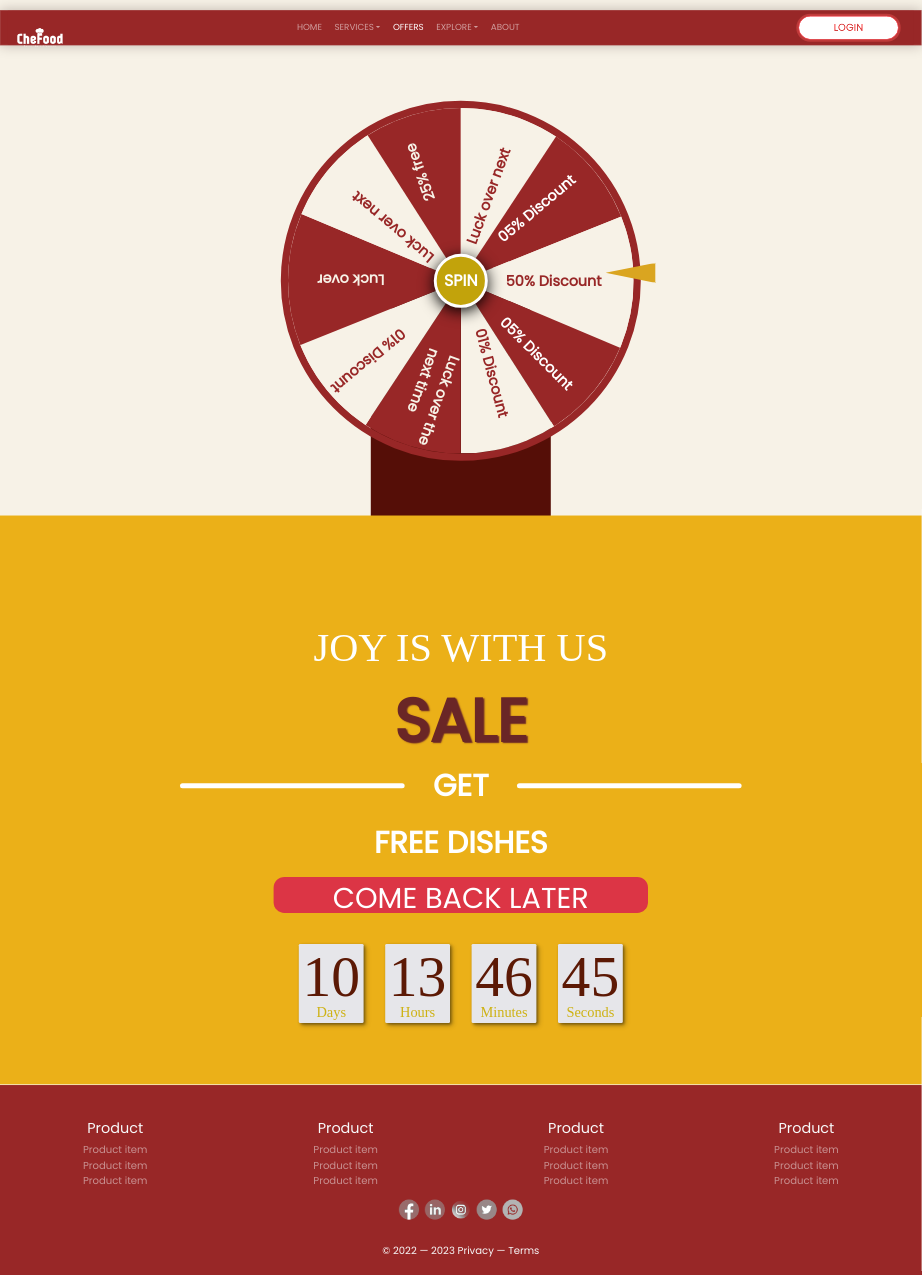
Repository: qamchamine/chefood
Page: /offers (app in front-end/)
These files come from the project's save history. The page is drawn as it stood at one moment and after the next save; the edit follows.
The browser window is 1280 px wide. The pictures show the whole page, at 72% of full size.
The project was rebuilt for these pictures with package versions that can differ from the ones it lists, and the page was loaded fresh each time. Some packages were replaced by stand-ins written for this rebuild. Also part of the build but not shown: front-end/src/components/small_components/ButtonMain.jsx, front-end/src/components/small_components/HomeCard.jsx, front-end/src/components/small_components/HomeCardFullSection.jsx, front-end/src/components/pages/Home.jsx, front-end/src/css/explore.css, front-end/src/components/pages/sub-pages/Gallery.jsx, front-end/src/components/pages/sub-pages/Delivery.jsx, front-end/src/components/small_components/ComponentToPrint.jsx and 28 more. Imported but missing from the stored project, and not drawn on this page: front-end/src/sounds/applause.mp3, front-end/src/sounds/wheel.mp3.

Above is the page before, as saved 2023-06-18 19:52:38.

### front-end/public/index.html
<!DOCTYPE html>
<html lang="en">
  <head>
    <meta charset="utf-8" />
    <link rel="icon" href="%PUBLIC_URL%/favicon.ico" />
    <meta name="viewport" content="width=device-width, initial-scale=1" />
    <meta name="theme-color" content="#000000" />
    <meta
      name="description"
      content="Web site created using create-react-app"
    />
    <link
    rel="stylesheet"
    href="https://fonts.googleapis.com/css?family=Roboto:400,700"
  />
    <link rel="apple-touch-icon" href="%PUBLIC_URL%/logo192.png" />
    <link rel="manifest" href="%PUBLIC_URL%/manifest.json" />

    <link rel="stylesheet" href="https://fonts.googleapis.com/icon?family=Material+Icons">

    <link rel="stylesheet" href="https://maxcdn.bootstrapcdn.com/font-awesome/4.7.0/css/font-awesome.min.css">
    <script src="https://code.jquery.com/jquery-3.5.1.min.js"></script>
    <script src="https://cdn.jsdelivr.net/npm/popper.js@1.16.0/dist/umd/popper.min.js"></script>




    <title>React App</title>
  </head>
  <body>

    <div id="root"></div>
<!--     <script src="jquery/jquery-3.6.0.js"></script>  -->
    <script src="https://unpkg.com/sweetalert/dist/sweetalert.min.js"></script>

  </body>
</html>

### front-end/src/components/Navbar.jsx
import React, { useContext/* , useEffect */ } from "react";
import { NavLink/* , Link  */} from "react-router-dom";
import "./../css/nav-footer.css";
import { LoginContext } from "../config/LoginContext";
import logoWhite from './../images/logo/logoWhite.png'
import axios from "axios";
/* import $ from "jquery"; */
export default function Navbar() {
  const { isLoggedIn, /* login, */ logout } = useContext(LoginContext);
  const { userData/* , setUserData  */} = useContext(LoginContext);

  const handleLogout = () => {
    axios
      .post("http://localhost:8000/api/users/logout")
      .then((res) => {
        logout();
      })
      .catch((err) => {
        console.error(err);
      });
  };

  return (
    <div
      className="nb container-fluid sticky-top mt-3"
      style={{ zIndex: "10" }}
    >
      <nav className="navbar  navbar-expand-md d-flex justify-content-between navbar-dark ">
        <span className="navbar-brand  "><img  style={{position:'absolute',top:'50%',left:'1%',translate:'0 '}} height={30} src={logoWhite} alt="logo" /></span>
        <button
          className="navbar-toggler"
          type="button"
          data-bs-toggle="collapse"
          data-bs-target="#navbarNav"
          aria-controls="navbarNav"
          aria-expanded="false"
          aria-label="Toggle navigation"
        >
          <span className="navbar-toggler-icon"></span>
        </button>
        <div
          className="collapse navbar-collapse justify-content-around"
          id="navbarNav"
        >
          <ul className="navbar-nav nav gap-1 ps-4 ps-md-0 justify-content-center w-100">
            <li className="nav-item">
              <NavLink className="nav-link " to="/">
                HOME
              </NavLink>
            </li>
            <li className="nav-item dropdown">
              <span
                className="nav-link dropdown-toggle"
                data-bs-toggle="dropdown"
              >
                SERVICES
              </span>
              <ul className="dropdown-menu">
                <i className="arrowNav"></i>
                <li>
                  <NavLink
                    className="dropdown-item"
                    to="/services/online-ordering"
                  >
                    Online Ordering
                  </NavLink>
                </li>
                <li>
                  <NavLink className="dropdown-item" to="services/reservation">
                    Reservation
                  </NavLink>
                </li>
                <li>
                  <NavLink className="dropdown-item" to="services/delivery">
                    Delivery
                  </NavLink>
                </li>
              </ul>
            </li>
            <li className="nav-item">
              <NavLink className="nav-link" to="/offers">
                OFFERS
              </NavLink>
            </li>
            <li className="nav-item dropdown">
              <span
                className="nav-link dropdown-toggle"
                data-bs-toggle="dropdown"
              >
                EXPLORE
              </span>
              <ul className="dropdown-menu">
                <i className="arrowNav"></i>

                <li>
                  <NavLink className="dropdown-item" to="/explore/products">
                    Products
                  </NavLink>
                </li>
                <li>
                  <NavLink className="dropdown-item" to="/explore/gallery">
                    Gallery
                  </NavLink>
                </li>
              </ul>
            </li>
            <li className="nav-item">
              <NavLink className="nav-link" to="/about">
                ABOUT
              </NavLink>
            </li>
          </ul>
          {isLoggedIn ? (
            <div className="btn-group me-4 d-flex align-items-center">
              <button data-bs-toggle="dropdown" className="text-light btn">
                {userData.firstname}
              </button>
              <span
                data-bs-toggle="dropdown"
                style={{
                  background: userData.admin ? "var(--bs-success)" : "#d18343",
                }}
                className="profile-two-letters text-uppercase"
              >
                {" "}
                {userData.firstname.charAt(0) +
                  userData.lastname.charAt(0)}{" "}
              </span>
              <ul className="dropdown-menu profileDropDown">
                <i className="arrowNav profileArrow"></i>

                <li>
                  <NavLink className="dropdown-item" to="/profile">
                    Profile
                  </NavLink>
                </li>
                <li>
                  <a onClick={handleLogout} className="dropdown-item" href="#">
                    Logout
                  </a>
                </li>
              </ul>
            </div>
          ) : (
            <NavLink
              to="/login"
              className="signUP me-4 btn btn-danger float-end rounded-pill px-4"
              style={{
                filter: "contrast(90%) brightness(140%)",
                width: "11em",
              }}
            >
              {" "}
              LOGIN{" "}
            </NavLink>
          )}
        </div>
      </nav>
      <div></div>
    </div>
  );
}

### front-end/src/components/Footer.jsx
import React, { useEffect } from 'react'

import Facebook from '../images/icons/facebook.png'
import Linkedin from '../images/icons/linkedin.png'
import Instagram from '../images/icons/instagram.png'
import Twitter from '../images/icons/twitter.png'
import Whatsapp from '../images/icons/whatsapp.png'
import './../css/nav-footer.css';
export default function Footer() {

    return (
        <div className='footer container-fluid' style={{ background: '#982727' }}>
            <footer className=' py-2 pt-5 d-grid text-light'>
                <div className='row justify-content-around text-center '>
                    <div className='d-grid col-6 col-sm-12 col-md-6 col-lg-4 col-xl-3'>
                        <h5>Product</h5>
                        <a className='text-decoration-none text-light opacity-50' href="">Product item</a>
                        <a className='text-decoration-none text-light opacity-50' href="">Product item</a>
                        <a className='text-decoration-none text-light opacity-50' href="">Product item</a>
                    </div>
                    <div className='d-grid col-6 col-sm-12 col-md-6 col-lg-4 col-xl-3'>
                        <h5>Product</h5>
                        <a className='text-decoration-none text-light opacity-50' href="">Product item</a>
                        <a className='text-decoration-none text-light opacity-50' href="">Product item</a>
                        <a className='text-decoration-none text-light opacity-50' href="">Product item</a>
                    </div>
                    <div className='d-grid col-6 col-sm-12 col-md-6 col-lg-4 col-xl-3'>
                        <h5>Product</h5>
                        <a className='text-decoration-none text-light opacity-50' href="">Product item</a>
                        <a className='text-decoration-none text-light opacity-50' href="">Product item</a>
                        <a className='text-decoration-none text-light opacity-50' href="">Product item</a>
                    </div>
                    <div className='d-grid col-6 col-sm-12 col-md-6 col-lg-4 col-xl-3'>
                        <h5>Product</h5>
                        <a className='text-decoration-none text-light opacity-50' href="">Product item</a>
                        <a className='text-decoration-none text-light opacity-50' href="">Product item</a>
                        <a className='text-decoration-none text-light opacity-50' href="">Product item</a>
                    </div>
                </div>
                <div className='footer-icons row justify-content-center py-3 '>
                    <div className='d-flex gap-2 justify-content-center'>
                        <a href=""> <img src={Facebook} className='footer-icon' alt="" /> </a>
                        <a href=""> <img src={Linkedin} className='footer-icon' alt="" /> </a>
                        <a href=""> <img src={Instagram} className='footer-icon' alt="" /> </a>
                        <a href=""> <img src={Twitter} className='footer-icon' alt="" /> </a>
                        <a href=""> <img src={Whatsapp} className='footer-icon' alt="" /> </a>

                    </div>
                </div>
                <div className='row justify-content-center py-3'>
                    © 2022 — 2023 Privacy — Terms
                </div>
            </footer>
        </div>

    )
}

### front-end/src/components/pages/Offers.jsx
import React from 'react'
import WheelSpin from '../small_components/WheelSpin'
import OffersButtom from '../small_components/OffersButtom'
export default function Offers() {
  return (
    <div>


      <WheelSpin/>
      <OffersButtom/>
    </div>
  )
}

### front-end/src/css/home.css
.homeBG {
    height: fit-content;
    position: relative;
    right: -10%;
    top: 34%;
    z-index: -1;
    width: 100em !important;


}
@font-face {
    font-family: 'poppin';
    src: url('../fonts/Poppins/Poppins-Regular.ttf') ;
    font-weight: normal;
    font-style: normal;
  }
body {
    font-family:'poppin', sans-serif !important;
    background-color: #F7F2E7 !important;
    max-width: 100vw;
    font-weight: normal !important;
    overflow-x: hidden;
    font-size: 14px !important;
}

body::-webkit-scrollbar {
    width: 0;
}

.nb {
/*     position: fixed; */
/*     top: 1em; */
    background-color: #982727 !important;
    box-shadow: 0 0px 20px #1f020241;
    border: 1px solid #ffffff22;
}

.navbar {
    background-color: #982727 !important;
}

.changeColor {
    background-color: blue !important;
}

.signUP {
    background: white !important;
    color: #982727 !important;
    font-weight: bold !important;
    outline: 5px solid #982727ab;
    outline-offset: -2px;
    transition: 500ms ease;


}

.homeContent {
    height: 90vh;
    z-index: 0;
    margin-top: -1.5em !important;
}

.homeContent h1 {
    color: #F7F2E7;
    text-align: start;
width: 40vw !important;
}

.homeContent h1 span {
    position: relative;
    display: inline-block;
    margin-bottom: 10px;
    padding: 4px 20px 8px;
    transition: 1s ease;
}

.homeContent h1 span::before {
    content: '';
    position: absolute;
    background: #982727;
    left: 0;
    top: 0;
    z-index: -1;
    width: 100%;
    height: 100%;
    transform: skew(-10deg);
}

.homeContent h1 span:last-child::before {
    transform: skew(10deg);
}

.homeContent p {
    width: 72%;
    color: #982727;
    text-align: left;
}

.homeContent .homeMainButtons {
    width: 72%;
}

.cardBtn {
    transition: 1s ease;
}

.cardBtn:hover {
    filter: brightness(130%);

}

.cardBtn i {
    left: 63%;
    transition: 300ms ease;
}

.cardBtn:hover i {
    left: 75%;
}

.btnMain:hover {
    filter: brightness(130%);
}

.card-img-top {
    object-fit: cover;
}

.signUP:hover {

    background: #982727 !important;
    color: white !important;
    font-weight: bold !important;
    outline: 5px solid #ffffff55;
    outline-offset: -4px;
}

.cardsGroup:not(:first-child) {
    translate: 50% 0;
}

.arrow-1-1 {
    position: absolute;
    top: 50%;
    left: 0;
}

.home .carousel-control-prev-icon,
.home .carousel-control-next-icon {

    width: 1.3em;
    height: 1.3em;
    color:black !important;

    outline: 12px solid #982929;
    outline-offset: -1px;
    background-color: #982929;
    background-size: 100%, 100%;
    border-radius: 50%;
    box-shadow: 0 0 10px black;
}

.home .carousel-control-prev,
.home .carousel-control-next {
    z-index: 10;
    width: 4em !important;
/*     background: red; */

}

/* .py-4 {
    padding-top: 0rem !important;
    padding-bottom: 0rem !important;
} */

.nb{
    zoom:87%;
}

### front-end/src/css/delivery.css
.price {
    background: #982727;
    color: white;
    text-align: center;
    padding-block: 1em;
    border-radius: .5em;
}

.delivery-page .card {
    transition: 300ms ease;
    user-select: none;
}

.delivery-page .card ul {
    list-style-type: none;
}

.delivery-page .card:hover {
    filter: contrast(120%);
    cursor: pointer;
    outline: .3em solid #982727;
    box-shadow: 0 .4em 0px .3em #982727 !important;
}

.delivery-page {
    height: fit-content;
    display: flex;
    align-items: center;
    margin-top: 8em !important;
}
.scroll-bar-activated::-webkit-scrollbar {
    display: block !important;
    background: rgba(255, 0, 0, 0) !important;
    width: 1em !important;
}
.scroll-bar-activated{
    overflow: overlay !important;

}
.scroll-bar-activated::-webkit-scrollbar-thumb {
    display: block !important;
    background: linear-gradient(to bottom,transparent 0% 23%,#982727 20% 70%,transparent 50% 100%) !important;
    z-index: 10000000 !important;
    width: 10px !important;
}

.delivery-page>div {
    height: fit-content;
    position: relative;

}

.delivery-page>div:last-child h5 img {
    height: 11em;
}

h1.section-2{
    margin-top: 4em ;
}
.cards2{
    margin-bottom: 5em ;
}
h1{
    text-transform: uppercase;
    color: #6a2626;;
}

### front-end/src/components/small_components/OffersButtom.jsx
import React from 'react'
import '../pages/style/offoreB.css'
// import  CountDown  from './CountDown'
import Timer from './Timer'


export default function OffersButtom() {
  return (
    <div className='parent-element bgBorder'>
      <div className='borderTB'></div>
        <div className=' contM '>
            <h1 className='title'>Joy is with us</h1>
                <h1 className='titleblack color-dark'>SALE</h1>
                  <p className='getparagraph'>GET</p>
                  <p>FREE DISHES</p>

                  <span className='bg-danger h1 Vbotton  '>COME BACK LATER</span>
                  {/* <CountDown duration={2 * 24 * 60 * 60 * 1000}/> */}
                  <Timer/>


        </div>
      <div className='borderTB'></div>
    </div>
  )
}

### front-end/src/components/small_components/Timer.jsx
import React, { useEffect, useState } from 'react';
import '../../css/Timer.css'

function Timer() {
  const [days, setDays] = useState('00');
  const [hours, setHours] = useState('00');
  const [minutes, setMinutes] = useState('00');
  const [seconds, setSeconds] = useState('00');

  useEffect(() => {
    function makeTimer() {
      const endTime = new Date("29 jun 2023 9:56:00 GMT+01:00");
      const endTimeInSeconds = Date.parse(endTime) / 1000;

      const now = new Date();
      const nowInSeconds = Date.parse(now) / 1000;

      const timeLeft = endTimeInSeconds - nowInSeconds;

      const calculatedDays = Math.floor(timeLeft / 86400);
      const calculatedHours = Math.floor((timeLeft - calculatedDays * 86400) / 3600);
      const calculatedMinutes = Math.floor((timeLeft - calculatedDays * 86400 - calculatedHours * 3600) / 60);
      const calculatedSeconds = Math.floor(timeLeft - calculatedDays * 86400 - calculatedHours * 3600 - calculatedMinutes * 60);

      const formattedHours = calculatedHours < 10 ? `0${calculatedHours}` : calculatedHours.toString();
      const formattedMinutes = calculatedMinutes < 10 ? `0${calculatedMinutes}` : calculatedMinutes.toString();
      const formattedSeconds = calculatedSeconds < 10 ? `0${calculatedSeconds}` : calculatedSeconds.toString();

      setDays(calculatedDays.toString());
      setHours(formattedHours);
      setMinutes(formattedMinutes);
      setSeconds(formattedSeconds);
    }

    const timerInterval = setInterval(makeTimer, 100);

    return () => {
      clearInterval(timerInterval);
    };
  }, []);

  return (
    <div className='timer'>
      <div id="days" className='timerD' >{days}<span className='Stime'>Days</span></div>
      <div id="hours"  className='timerD'>{hours}<span className='Stime'>Hours</span></div>
      <div id="minutes" className='timerD' >{minutes}<span className='Stime'>Minutes</span></div>
      <div id="seconds" className='timerD' >{seconds}<span className='Stime'>Seconds</span></div>
    </div>
  );
}

export default Timer;

### front-end/src/css/location.css
@import url('https://fonts.googleapis.com/css2?family=Roboto:wght@100&display=swap');

.location-color
{
  color : #982727;
  text-transform: uppercase;
  letter-spacing: 0.3em;
}
.where-restorant
{
    width: 459px;
    margin:auto;
}
.restorant-location-title{
    font-family: 'Century Gothic';
    font-size:32px;
    font-weight:400;
}
.restorant-location-line{
    background:#B12222;
    height: 3px;
    width: 450px;
    display: inline-block;
    margin: 15px auto;
}
.restorant-location-p
{
    color:#000000 75%;
    font-size: 15px;
    font-weight: 400;
    font-family: 'Roboto', sans-serif;
}
.main-location{
    display: grid !important;
    grid-template-columns: repeat(2, 1fr);
    flex-direction: column;
    justify-content: center;
    align-items: center;
    text-align:center;
}
.restorant-location-btn{
    background-color: #B12222;
    border: none;
    width: 300px;
    height: 40px;
    border-radius: 15px;
    color: #fff;
}
.restorant-location-btn:hover{
    background-color: #fff;
    border: 2px solid #B12222;
    border-radius: 15px;
    color: #B12222;
}
.location-icon{
    margin-right: 15px;
}


  @media (max-width: 1123px) { /* Extra large devices (large desktops, 1200px and up) */
    .earth-image img{
        width: 450px;
    }
  }
  @media (max-width: 992px) { /* Medium devices (tablets, 768px and up) */
    .earth-image img{
        width: 400px;
    }
    .where-restorant {
        width: 400px;
        margin: auto;
    }
    .restorant-location-line{
        width: 350px;
        display: inline-block;
    }
  }
  @media (max-width: 868px) { /* Medium devices (tablets, 768px and up) */

    .earth-image img{
        width: 380px;
    }
    .where-restorant {
        width: 380px;
        margin: auto;
    }
    .restorant-location-line{
        width: 320px;
        display: inline-block;
    }
    .restorant-location-p{
        font-size: 13px;
    }
    .restorant-location-title{
        font-size:28px;
    }

  }
  @media (max-width: 783px) { /* Small devices (landscape phones, 576px and up) */
    .earth-image img{
        margin-top: 30px;
        width: 380px;
    }
    .where-restorant {
        width: 380px;
        margin: auto;
    }
    .restorant-location-line{
        width: 320px;
        display: inline-block;
    }
    .restorant-location-p{
        font-size: 15px;
    }
    .restorant-location-title{
        font-size:32px;
    }
    .main-location{
        display: grid !important;
        grid-template-columns: repeat(1, 1fr);
        justify-items: center;
        text-align:center;
    }
  }
  @media(max-width: 401px){ /* Small devices (landscape phones, 576px and up) */
    .earth-image img{
        width: 330px;
        margin-top: 30px;
    }
    .where-restorant {
        width: 330px;
        margin: auto;
    }
    .restorant-location-line{
        width: 320px;
        display: inline-block;
    }
    .restorant-location-p{
        font-size: 13px;
    }
    .restorant-location-title{
        font-size:28px;
    }
    .main-location{
        display: grid !important;
        grid-template-columns: repeat(1, 1fr);
        justify-items: center;
        text-align:center;
    }
  }

### front-end/src/css/Timer.css

@import url(https://fonts.googleapis.com/css?family=Titillium+Web:400,200,200italic,300,300italic,900,700italic,700,600italic,600,400italic);

/* .timer {
  font-family: 'Titillium Web', cursive;
  width: 800px;
  margin: 0 auto;
  text-align: center;
  color: white;
  background: #222;
  font-weight: 100;
} */

.timer {
  display: inline-flex;
  line-height: 1;
  padding: 20px;
  font-size: 40px;
  font-family: 'Times New Roman', cursive;


}
.timerD{
    border-radius: 2px;
    padding: 5px;
    font-size: 10px;
    border: 70px rgb(131, 55, 55);
    box-shadow:2px 2px 4px rgba(0, 0, 0, 0.4), 4px 4px 8px rgba(0, 0, 0, 0.2);
}

.Stime {
  display: block;
  font-size: 20px;
  color: rgb(206, 178, 19);

}

#days {
  font-size: 80px;
  color: rgb(92, 25, 5);
  background-color:rgb(230, 230, 234);

  margin: 15px;
}
#hours {
  font-size: 80px;
  color: rgb(92, 25, 5);
  background-color:rgb(230, 230, 234);
  margin: 15px;
}
#minutes {
  font-size: 80px;

  color: rgb(92, 25, 5);
  background-color:rgb(230, 230, 234);
  margin: 15px;
}
#seconds {
  font-size: 80px;
  color: rgb(92, 25, 5);
  background-color:rgb(230, 230, 234);
  margin: 15px;
}

Loaded but not shown: front-end/src/index.css (common file); front-end/src/App.js (39 lines, source omitted); front-end/src/config/LoginContext.js (68 lines, source omitted); front-end/src/index.js (20 lines, source omitted); front-end/src/components/small_components/WheelSpin.jsx (195 lines, source omitted); front-end/src/css/reservation.css (400 lines, source omitted); front-end/src/css/spinWheel.css (284 lines, source omitted); front-end/src/css/nav-footer.css (260 lines, source omitted); front-end/src/css/contactus.css (178 lines, source omitted); front-end/src/components/pages/style/offoreB.css (191 lines, source omitted)

After the next save:
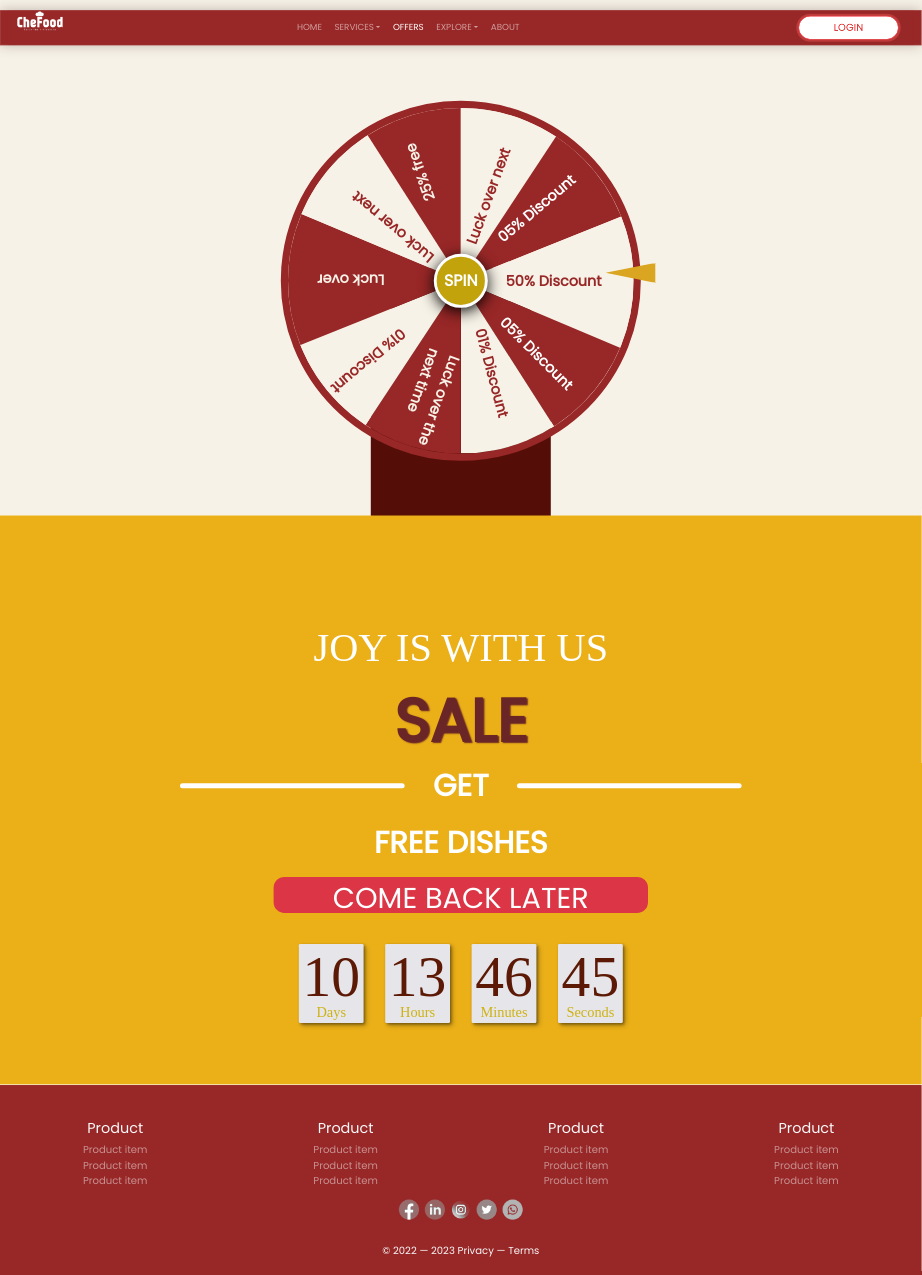
Saved 10 s later.
--- a/front-end/src/components/Navbar.jsx
+++ b/front-end/src/components/Navbar.jsx
@@ -26,7 +26,7 @@ export default function Navbar() {
       style={{ zIndex: "10" }}
     >
       <nav className="navbar  navbar-expand-md d-flex justify-content-between navbar-dark ">
-        <span className="navbar-brand  "><img  style={{position:'absolute',top:'50%',left:'1%',translate:'0 '}} height={30} src={logoWhite} alt="logo" /></span>
+        <span className="navbar-brand  "><img  style={{position:'absolute',top:'2%',left:'1%',translate:'0 '}} height={30} src={logoWhite} alt="logo" /></span>
         <button
           className="navbar-toggler"
           type="button"
